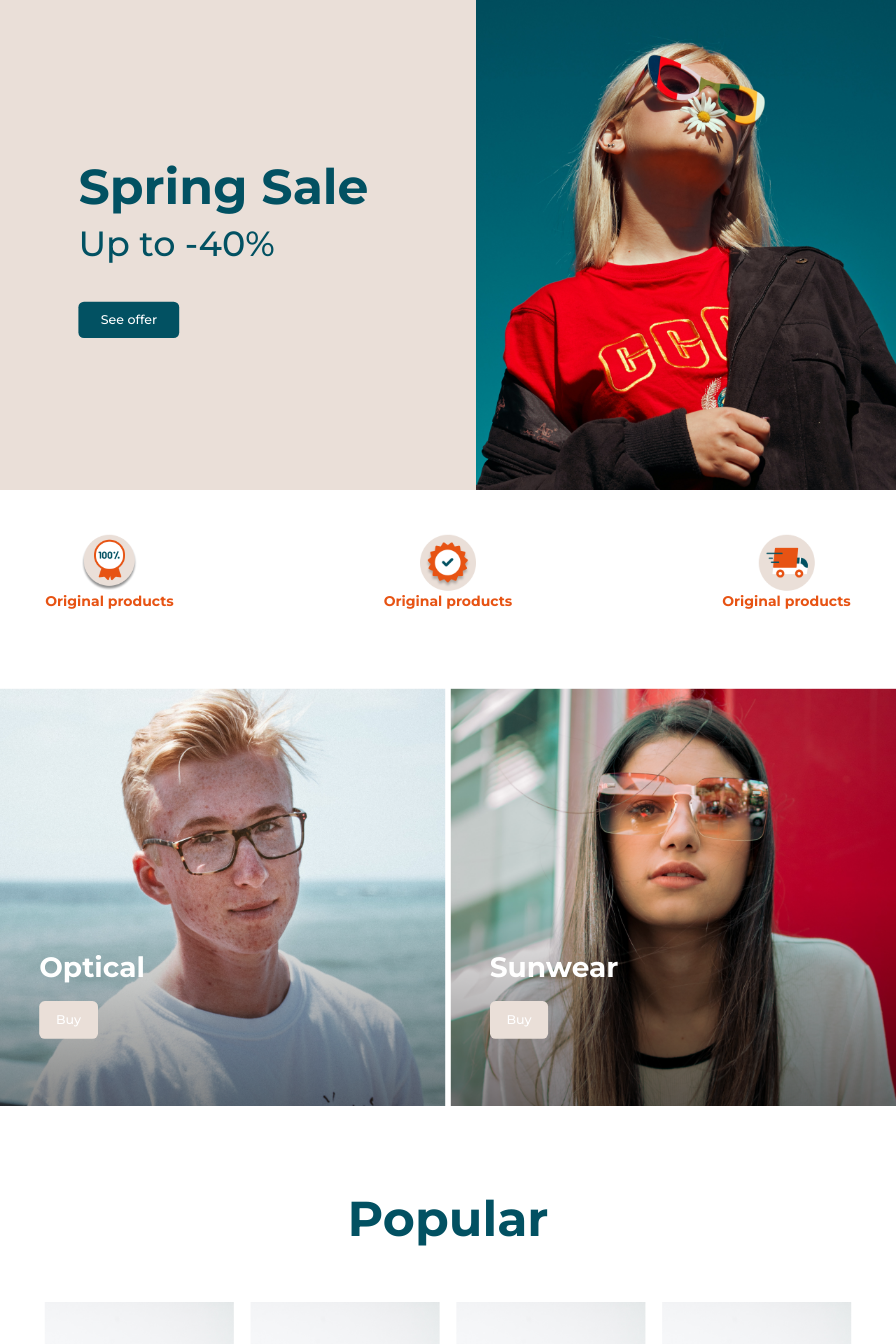
Repository: thienthanhvinh/glasses-react
Page: /
An editor plug-in stored every save of this project. The page is shown before and after a run of saves, followed by the edit.
The browser window is 1280 px wide. The pictures show the part of the page from y = 0 to 1920 px (the page is 5084 px tall before and 5645 px after), at 70% of full size.
The project was rebuilt for these pictures with package versions that can differ from the ones it lists, and the page was loaded fresh each time. Also part of the build but not shown: src/App.css, src/components/common/FormGroup.js, src/components/input/Input.js, src/components/label/Label.js, src/hooks/useDarkMode.js, src/layout/LayoutAuthentication.js, src/components/icons/IconEyeToggle.js, src/pages/SignInPage.js and 1 more.

Above is the page before, as saved 2023-02-13 20:01:15.

### public/index.html
<!DOCTYPE html>
<html lang="en">
  <head>
    <meta charset="utf-8" />
    <link rel="icon" href="%PUBLIC_URL%/favicon.ico" />
    <meta name="viewport" content="width=device-width, initial-scale=1" />
    <meta name="theme-color" content="#000000" />
    <meta
      name="description"
      content="Web site created using create-react-app"
    />
    <link rel="apple-touch-icon" href="%PUBLIC_URL%/logo192.png" />
    <!--
      manifest.json provides metadata used when your web app is installed on a
      user's mobile device or desktop. See https://developers.google.com/web/fundamentals/web-app-manifest/
    -->
    <link rel="manifest" href="%PUBLIC_URL%/manifest.json" />
    <!--
      Notice the use of %PUBLIC_URL% in the tags above.
      It will be replaced with the URL of the `public` folder during the build.
      Only files inside the `public` folder can be referenced from the HTML.

      Unlike "/favicon.ico" or "favicon.ico", "%PUBLIC_URL%/favicon.ico" will
      work correctly both with client-side routing and a non-root public URL.
      Learn how to configure a non-root public URL by running `npm run build`.
    -->
    <link href="https://fonts.googleapis.com/css2?family=Montserrat:wght@300;400;500;600;700&display=swap" rel="stylesheet">
    <title>React App</title>
  </head>
  <body>
    <noscript>You need to enable JavaScript to run this app.</noscript>
    <div id="root"></div>
    <!--
      This HTML file is a template.
      If you open it directly in the browser, you will see an empty page.

      You can add webfonts, meta tags, or analytics to this file.
      The build step will place the bundled scripts into the <body> tag.

      To begin the development, run `npm start` or `yarn start`.
      To create a production bundle, use `npm run build` or `yarn build`.
    -->
  </body>
</html>

### src/index.js
import React from 'react';
import ReactDOM from 'react-dom/client';
import './index.css';
import App from './App';
import reportWebVitals from './reportWebVitals';
import { BrowserRouter } from 'react-router-dom';
import { ToastContainer, toast } from 'react-toastify';
import 'react-toastify/dist/ReactToastify.css';

const root = ReactDOM.createRoot(document.getElementById('root'));
root.render(
  // <React.StrictMode>
  <BrowserRouter>
    <App />
    <ToastContainer></ToastContainer>
  </BrowserRouter>
  // </React.StrictMode>
);

// If you want to start measuring performance in your app, pass a function
// to log results (for example: reportWebVitals(console.log))
// or send to an analytics endpoint. Learn more: https://bit.ly/CRA-vitals
reportWebVitals();

### src/index.css
/* body {
  margin: 0;
  font-family: -apple-system, BlinkMacSystemFont, 'Segoe UI', 'Roboto', 'Oxygen',
    'Ubuntu', 'Cantarell', 'Fira Sans', 'Droid Sans', 'Helvetica Neue',
    sans-serif;
  -webkit-font-smoothing: antialiased;
  -moz-osx-font-smoothing: grayscale;
}

code {
  font-family: source-code-pro, Menlo, Monaco, Consolas, 'Courier New',
    monospace;
} */

@tailwind base;
@tailwind components;
@tailwind utilities;

body {
  font-family: 'Montserrat', sans-serif;
}
/* .darkmode-input:checked + div .darkmode-spinner {
  transform: translateX(33px);
} */
.active-light {
  transform: translateX(0px);
  transition: all 0.4s;
}
.active-dark {
  transform: translateX(33px);
  transition: all 0.4s;
}

/* .darkmode-input:checked + div {


} */

/* .darkmode-input:checked + div .darkmode-spinner {
  background-color: white;
} */

### src/App.js

import { Route, Routes } from 'react-router-dom';
import './App.css';
import HomePage from './pages/HomePage';
import SignInPage from './pages/SignInPage';
import SignUpPage from './pages/SignUpPage';

function App() {
  return (
    <Routes>
      <Route path='/sign-up' element={<SignUpPage></SignUpPage>}></Route>
      <Route path='/sign-in' element={<SignInPage></SignInPage>}></Route>
      <Route path='/' element={<HomePage></HomePage>}></Route>
    </Routes>
  );
}

export default App;

### src/pages/HomePage.js
import React, { Fragment } from "react";
import Category from "../components/category/Category";
import Heading from "../components/common/Heading";
import Intro from "../components/intro/Intro";
import SpringSales from "../components/sales/SpringSales";
import LayoutMenu from "../layout/LayoutMenu";
import GlassesGrid from "../modules/GlassesGrid";
import GlassesItem from "../modules/GlassesItem";
import { v4 } from "uuid";
import Button from "../components/button/Button";
import HeadLine from "../modules/HeadLine";
import LayoutFooter from "../layout/LayoutFooter";

const HomePage = () => {
  return (
    <Fragment>

      <SpringSales></SpringSales>
      <Intro></Intro>
      <Category></Category>
      <Heading>Popular</Heading>
      <GlassesGrid>
        {Array(4)
          .fill(0)
          .map((item) => (
            <GlassesItem key={v4()}></GlassesItem>
          ))}
        {/* <GlassesItem></GlassesItem> */}
      </GlassesGrid>
      <div className="text-center mb-[140px]">
        <Button className="mt-[70px] px-5 py-2 rounded-[4px]">See all</Button>
      </div>
      <Heading>New</Heading>
      <GlassesGrid>
        {Array(4)
          .fill(0)
          .map((item) => (
            <GlassesItem key={v4()}></GlassesItem>
          ))}
      </GlassesGrid>
      <div className="text-center mb-[140px]">
        <Button className="mt-[70px] px-5 py-2 rounded-[4px]">See all</Button>
      </div>
      <Heading>Sunwear</Heading>
      <GlassesGrid>
        {Array(4)
          .fill(0)
          .map((item) => (
            <GlassesItem key={v4()}></GlassesItem>
          ))}
      </GlassesGrid>
      <div className="text-center mb-[112px]">
        <Button className="mt-[70px] px-5 py-2 rounded-[4px]">See all</Button>
      </div>
      <Heading className="mb-[80px]">Our advice</Heading>
      <HeadLine></HeadLine>
      <HeadLine type="secondary"></HeadLine>

    </Fragment>
  );
};

export default HomePage;

### src/components/category/Category.js
import React from 'react';
import Button from '../button/Button';

const Category = () => {
    return (
        <div className='flex mb-[112px] mx-auto max-w-[1400px] w-full gap-x-2'>
            <div className='h-[596px] relative'>
                <img src="/category1.png" alt="" className='w-full h-full object-cover' />
                <div className='absolute bottom-24 left-14'>
                    <p className='font-extrabold text-[40px] leading-[98px] text-white'>Optical</p>
                    <Button className='bg-secondary text-primary rounded-[4px] px-6 py-2 font-bold text-lg leading-[30px]'>Buy</Button>
                </div>
            </div>
            <div className='h-[596px] relative'>
                <img src="/category2.png" alt="" className='w-full h-full object-cover' />
                <div className='absolute bottom-24 left-14'>
                    <p className='font-extrabold text-[40px] leading-[98px] text-white'>Sunwear</p>
                    <Button className='bg-secondary text-primary rounded-[4px] px-6 py-2 font-bold text-lg leading-[30px]'>Buy</Button>
                </div>
            </div>
        </div>
    );
};

export default Category;

### src/components/common/Heading.js
import React from 'react';

const Heading = ({children, className = ''}) => {
    return (
        <h2 className={`font-extrabold text-[70px] leading-[98px] text-center text-primary mb-[70px] ${className}`}>
            {children}
        </h2>
    );
};
export default Heading;

### src/components/intro/Intro.js
import React from 'react';

const Intro = () => {
    return (
        <div className='flex items-center justify-center gap-x-[300px] mt-[64px] mb-[110px]'>
            <div className='flex flex-col items-center'>
                <img srcSet="/Icon1.png 2x" alt="" className='w-[80px] h-[80px] object-cover' />
                <p className='text-tertiary text-xl leading-[30px] font-bold'>Original products</p>
            </div>
            <div className='flex flex-col items-center'>
                <img srcSet="/Icon2.png 2x" alt="" className='w-[80px] h-[80px] object-cover' />
                <p className='text-tertiary text-xl leading-[30px] font-bold'>Original products</p>
            </div>
            <div className='flex flex-col items-center'>
                <img srcSet="/Icon3.png 2x" alt="" className='w-[80px] h-[80px] object-cover' />
                <p className='text-tertiary text-xl leading-[30px] font-bold'>Original products</p>
            </div>
        </div>
    );
};

export default Intro;

### src/components/sales/SpringSales.js
import React from 'react';
import Button from '../button/Button';

const SpringSales = () => {
    return (
        <div className='bg-secondary h-[700px] w-full flex items-center justify-between'>
            <div className='ml-[112px]'>
                <h2 className='text-primary text-[70px] font-extrabold leading-[98px]'>Spring Sale</h2>
                <p className='text-primary text-[50px] font-medium leading-[68px] mb-[48px]'>Up to -40%</p>
                <Button className='text-white bg-primary rounded-lg px-8 py-2 text-lg'>See offer</Button>
            </div>
            <div className='h-[700px]'>
                <img src="/photo1.png" alt="" className='w-full h-auto object-cover' />
            </div>
        </div>
    );
};

export default SpringSales;

### src/modules/GlassesGrid.js
import React from 'react';

const GlassesGrid = ({children, className = ''}) => {
    return (
        <div className={`grid grid-cols-4 gap-x-6 px-16 ${className}`}>
            {children}
        </div>
    );
};

export default GlassesGrid;

### src/modules/GlassesItem.js
import React from "react";

const GlassesItem = () => {
  return (
    <div className="flex flex-col">
      <div className="h-[250px] mb-4">
        <img src="/glasses.png" alt="" className="w-full h-full object-cover" />
      </div>
      <p className="text-secondary-3 font-semibold text-2xl">Model Name</p>
      <p className="font-normal text-secondary-3">Price</p>
      <p className="font-semibold text-lg leading-[30px] text-tertiary">
        See details ->
      </p>
    </div>
  );
};

export default GlassesItem;

### src/components/button/Button.js
import React from 'react';

const Button = ({type, children, className=''}) => {
    return (
        <button type='submit' className={`bg-primary text-white ${className} rounded-lg px-3 py-3 font-medium`}>
            {children}
        </button>
    );
};

export default Button;

### src/modules/HeadLine.js
import React from "react";
import HeadlineImage from "./HeadlineImage";
import HeadlineContent from "./HeadlineContent";

const HeadLine = ({type = "default"}) => {
    if(type === "default") {
        return (
            <div className="w-full flex items-center gap-x-[112px] px-16">
              <HeadlineImage></HeadlineImage>
              <HeadlineContent></HeadlineContent>
            </div>
          );
    } else {
        return (
            <div className="w-full flex items-center gap-x-[227px] px-16">
              <HeadlineContent className="ml-[48px]"></HeadlineContent>
              <HeadlineImage src="headline2.png" className=""></HeadlineImage>
            </div>
          );
    }

};

export default HeadLine;

### src/modules/HeadlineImage.js
import React from 'react';

const HeadlineImage = ({className= '', src = "/headline1.png"}) => {
    return (
        <div className={className}>
             <img src={src} alt="" />
        </div>
    );
};

export default HeadlineImage;

### src/modules/HeadlineContent.js
import React from "react";

const HeadlineContent = ({className = ''}) => {
  return (
    <div className={className}>
      <h2 className="text-secondary-3 font-extrabold text-[40px] leading-[54px] mb-8">
        Headline
      </h2>
      <p className="w-[444px] mb-[48px]">
        Lorem ipsum dolor sit amet consectetur adipisicing elit. Repellat aut
        repudiandae cupiditate temporibus numquam, dolor omnis molestiae esse
        exercitationem delectus nihil necessitatibus iste aliquid facilis.
        Officiis quod praesentium vero sunt?
      </p>
      <p className="text-tertiary text-xl font-bold leading-[30px]">
        Read more ->
      </p>
    </div>
  );
};

export default HeadlineContent;

### tailwind.config.js
/** @type {import('tailwindcss').Config} */
module.exports = {
  content: [
    "./src/**/*.{js,jsx,ts,tsx}",
  ],
  darkMode: 'class',
  theme: {
    extend: {
      colors: {
        'color-1': "#808191",
        'color-2': "#2d3436",
        'primary' : '#025162',
        'secondary': '#EADFD8',
        'secondary-3': '#414141',
        'tertiary' : '#E75313',
        'lens': '#D4E1F4',
        'gray-white': '#D9DBE1',
        'dark-text-primary': '#dfe6e9',
        'dark-color' : '#4e4f50',
        'dark-secon-color': '#2d3436',
        'dark-third-color': '#3a3a3a',
        'dark-four-color' : '#242526',
        'dark-five-color' : '#3A3A3A',

      }
    },
  },
  plugins: [],
}

### src/layout/LayoutMenu.js
import React from "react";
import { Link } from "react-router-dom";
import Navbar from "../components/navbar/Navbar";

const LayoutMenu = () => {
  return (
    <div className="py-10 px-16">
      <div className="flex items-center justify-between mb-14">
        <img src="/logo.png" alt="" className="w-[140px] h-auto object-cover" />
        <div className="flex gap-x-5 text-secondary-3 text-[15px] font-medium">
            <span>0371 525 777</span>
            <Link to="/">Help</Link>
            <Link to="/sign-in">Account</Link>
        </div>
      </div>
      <Navbar></Navbar>
    </div>
  );
};

export default LayoutMenu;

### src/layout/LayoutFooter.js
import React from "react";
import { Link } from "react-router-dom";

const LayoutFooter = () => {
  return (
    <div className="bg-primary flex justify-around px-16 py-16 text-gray-white">
      <div className="flex flex-col">
        <h2 className="text-secondary font-extrabold text-[32px] leading-[46px] mb-8">
          LENS<span className="font-normal">LOVE</span>
        </h2>
        <Link to="/about" className="mb-2">
          About us
        </Link>
        <Link to="contact" className="mb-8">
          Contact
        </Link>
        <div className="flex gap-x-4 mb-8">
          <span>
            <img src="/Instagram.png" alt="" />
          </span>
          <span>
            <img src="/Instagram.png" alt="" />
          </span>
          <span>
            <img src="/Instagram.png" alt="" />
          </span>
          <span>
            <img src="/Instagram.png" alt="" />
          </span>
        </div>
        <p className="text-[14px] leading-[24px]">
          LensLove 2022.We love glasses!
        </p>
      </div>
      <div className="flex gap-x-10">
        <div>
          <h3 className="font-medium text-xl mb-6">Info</h3>
          <div className="flex flex-col gap-y-2">
            <p>Delivery</p>
            <p>Warrantly</p>
            <p>Support</p>
            <p>Sitemap</p>
            <p>Privacy Policy</p>
            <p>Terms&Conditions</p>
          </div>
        </div>
        <div>
          <h3 className="font-medium text-xl mb-6">Helps</h3>
          <div className="flex flex-col gap-y-2">
            <p>Email: hi@lenslove.com</p>
            <p>Client Support:</p>
            <p>support@lenslove.com</p>
            <p>0371 525 777</p>
          </div>
        </div>
        <div>
          <h3 className="font-medium text-xl mb-6">Shops</h3>
          <div className="flex flex-col gap-y-2">
            <p>Berlin</p>
            <p>Frankfurt</p>
            <p>Hamburg</p>
            <p>Stuttgart</p>
          </div>
        </div>
      </div>
    </div>
  );
};

export default LayoutFooter;

### src/layout/LayoutGlasses.js
import React from 'react';
import LayoutFooter from './LayoutFooter';
import LayoutMenu from './LayoutMenu';

const LayoutGlasses = ({children}) => {
    return (
        <>
         <LayoutMenu></LayoutMenu>
            {children}
         <LayoutFooter></LayoutFooter>
        </>
    );
};

export default LayoutGlasses;

### src/components/navbar/Navbar.js
import React from "react";
import { Link } from "react-router-dom";

const Navbar = () => {
  return (
    <div className="flex">
      <ul className="flex text-sm font-semibold gap-x-8">
        <li>
          <Link to="/">Shops</Link>
        </li>
        <li>
          <Link to="/">Offers</Link>
        </li>
        <li>
          <Link to="/">Warranty</Link>
        </li>
        <li>
          <Link to="/">Medical</Link>
        </li>
        <li>
          <Link to="/">Info</Link>
        </li>
        <li>
          <Link to="/">Blog</Link>
        </li>
        <li>
          <Link to="/">About us</Link>
        </li>
        <li>
          <Link to="/">Contact</Link>
        </li>
      </ul>
      <div className="ml-auto flex items-center gap-x-8">
        <div className="flex gap-x-[6px] items-center">
          <svg
            width={18}
            height={17}
            viewBox="0 0 18 17"
            fill="none"
            xmlns="http://www.w3.org/2000/svg"
          >
            <path
              d="M17.153 15.747L12.8535 11.5161C13.9794 10.2929 14.6712 8.67509 14.6712 6.89489C14.6707 3.0867 11.534 0 7.66437 0C3.79477 0 0.658081 3.0867 0.658081 6.89489C0.658081 10.7031 3.79477 13.7898 7.66437 13.7898C9.3363 13.7898 10.8698 13.2115 12.0743 12.2501L16.3905 16.4976C16.6008 16.7047 16.9422 16.7047 17.1525 16.4976C17.3633 16.2904 17.3633 15.9541 17.153 15.747ZM7.66437 12.729C4.39027 12.729 1.7361 10.117 1.7361 6.89489C1.7361 3.67281 4.39027 1.06082 7.66437 1.06082C10.9385 1.06082 13.5926 3.67281 13.5926 6.89489C13.5926 10.117 10.9385 12.729 7.66437 12.729Z"
              fill="#414141"
            />
          </svg>
          <span className="text-sm font-semibold">Search</span>
        </div>
        <span>
          <svg
            width="19"
            height="17"
            viewBox="0 0 19 17"
            fill="none"
            xmlns="http://www.w3.org/2000/svg"
          >
            <path
              d="M2.14414 8.80841C0.111678 6.47788 0.614575 3.72661 2.23686 2.03652C3.85628 0.349414 6.5587 -0.245866 8.98238 1.79479L8.98243 1.79483C9.37299 2.12358 9.93842 2.1081 10.3148 1.781L10.3148 1.78097C12.5442 -0.15713 15.2905 0.329246 16.9821 1.956C17.8273 2.76872 18.3905 3.85299 18.4856 5.03784C18.5799 6.21232 18.2175 7.5254 17.1436 8.81679L10.2601 16.0112C9.92623 16.3602 9.36908 16.3602 9.03526 16.0113L2.14414 8.80841Z"
              stroke="#414141"
            />
          </svg>
        </span>
        <span>
          <svg
            width="17"
            height="18"
            viewBox="0 0 17 18"
            fill="none"
            xmlns="http://www.w3.org/2000/svg"
          >
            <path
              d="M0.672966 15.0244L1.47201 5.03632H10.653L11.452 15.0244C11.5228 15.9093 10.8238 16.6665 9.93602 16.6665H2.18895C1.30121 16.6665 0.602173 15.9093 0.672966 15.0244Z"
              stroke="#414141"
              stroke-linecap="round"
              stroke-linejoin="round"
            />
            <path
              d="M3.58252 7.56769V3.52604C3.58252 2.68402 4.08773 1 6.10856 1C8.12938 1 8.63459 2.68402 8.63459 3.52604V7.56769"
              stroke="#414141"
              stroke-linecap="round"
              stroke-linejoin="round"
            />
            <rect x="6" y="9" width="11" height="8" rx="4" fill="#414141" />
            <path
              d="M11.8424 15.084C11.5568 15.084 11.3048 15.0233 11.0864 14.902C10.868 14.7788 10.6972 14.608 10.574 14.3896C10.4527 14.1712 10.392 13.9192 10.392 13.6336V12.3344C10.392 12.0488 10.4527 11.7968 10.574 11.5784C10.6972 11.36 10.868 11.1901 11.0864 11.0688C11.3048 10.9456 11.5568 10.884 11.8424 10.884C12.128 10.884 12.3791 10.9456 12.5956 11.0688C12.814 11.1901 12.9848 11.36 13.108 11.5784C13.2312 11.7968 13.2928 12.0488 13.2928 12.3344V13.6336C13.2928 13.9192 13.2312 14.1712 13.108 14.3896C12.9848 14.608 12.814 14.7788 12.5956 14.902C12.3791 15.0233 12.128 15.084 11.8424 15.084ZM11.8424 14.4428C11.9843 14.4428 12.1131 14.4092 12.2288 14.342C12.3445 14.2729 12.436 14.1815 12.5032 14.0676C12.5704 13.9519 12.604 13.8231 12.604 13.6812V12.284C12.604 12.1403 12.5704 12.0115 12.5032 11.8976C12.436 11.7819 12.3445 11.6904 12.2288 11.6232C12.1131 11.5541 11.9843 11.5196 11.8424 11.5196C11.7005 11.5196 11.5717 11.5541 11.456 11.6232C11.3403 11.6904 11.2488 11.7819 11.1816 11.8976C11.1144 12.0115 11.0808 12.1403 11.0808 12.284V13.6812C11.0808 13.8231 11.1144 13.9519 11.1816 14.0676C11.2488 14.1815 11.3403 14.2729 11.456 14.342C11.5717 14.4092 11.7005 14.4428 11.8424 14.4428Z"
              fill="white"
            />
          </svg>
        </span>
      </div>
    </div>
  );
};

export default Navbar;

Loaded but not shown: src/reportWebVitals.js (common file)

After the next 4 saves:
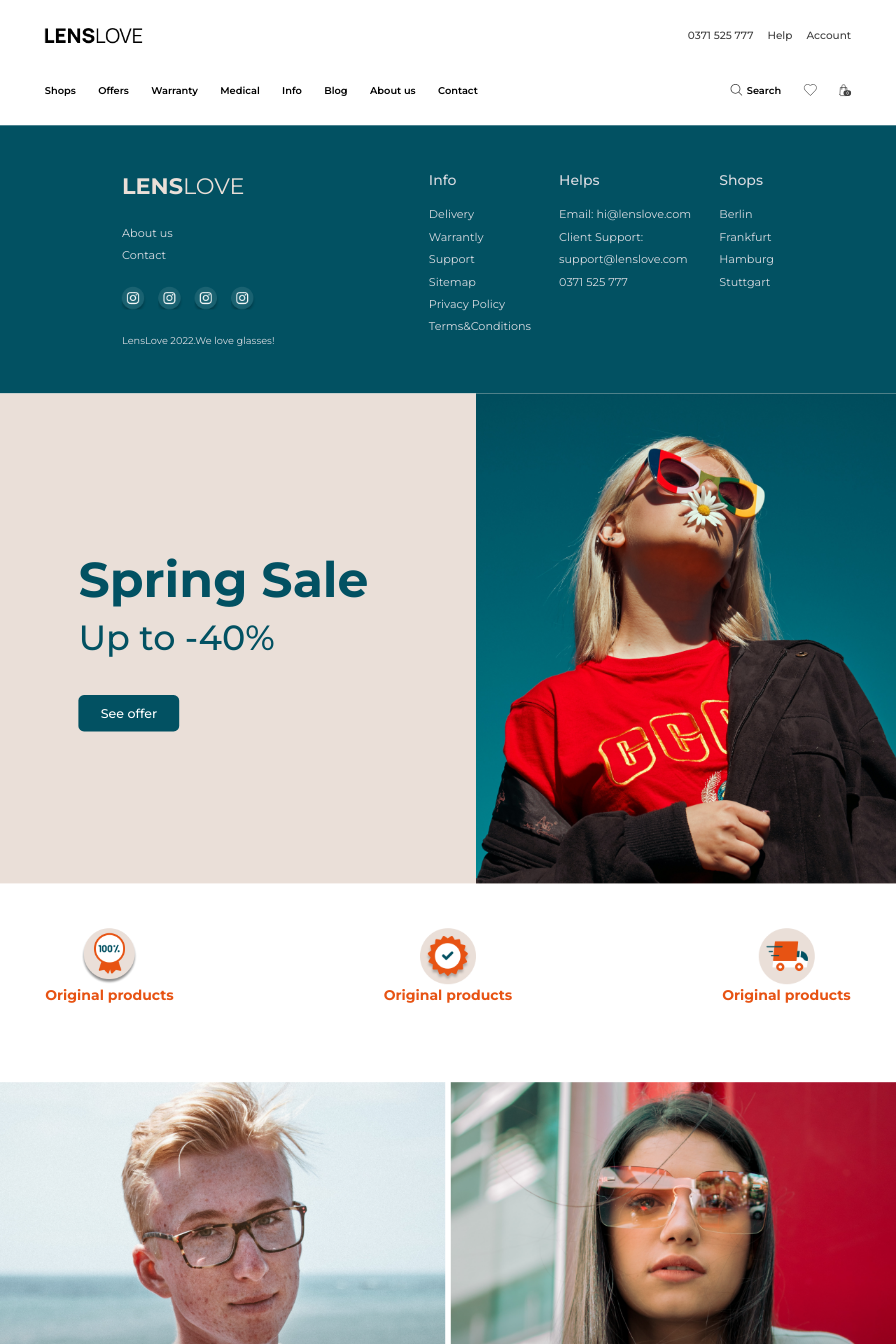
The 4 saves are shown as one change because they came seconds apart.
The last was saved 12 s later.
--- a/src/pages/HomePage.js
+++ b/src/pages/HomePage.js
@@ -10,11 +10,14 @@ import { v4 } from "uuid";
 import Button from "../components/button/Button";
 import HeadLine from "../modules/HeadLine";
 import LayoutFooter from "../layout/LayoutFooter";
+import LayoutGlasses from "../layout/LayoutGlasses";
 
 const HomePage = () => {
   return (
     <Fragment>
+      <LayoutGlasses>
 
+      </LayoutGlasses>
       <SpringSales></SpringSales>
       <Intro></Intro>
       <Category></Category>
